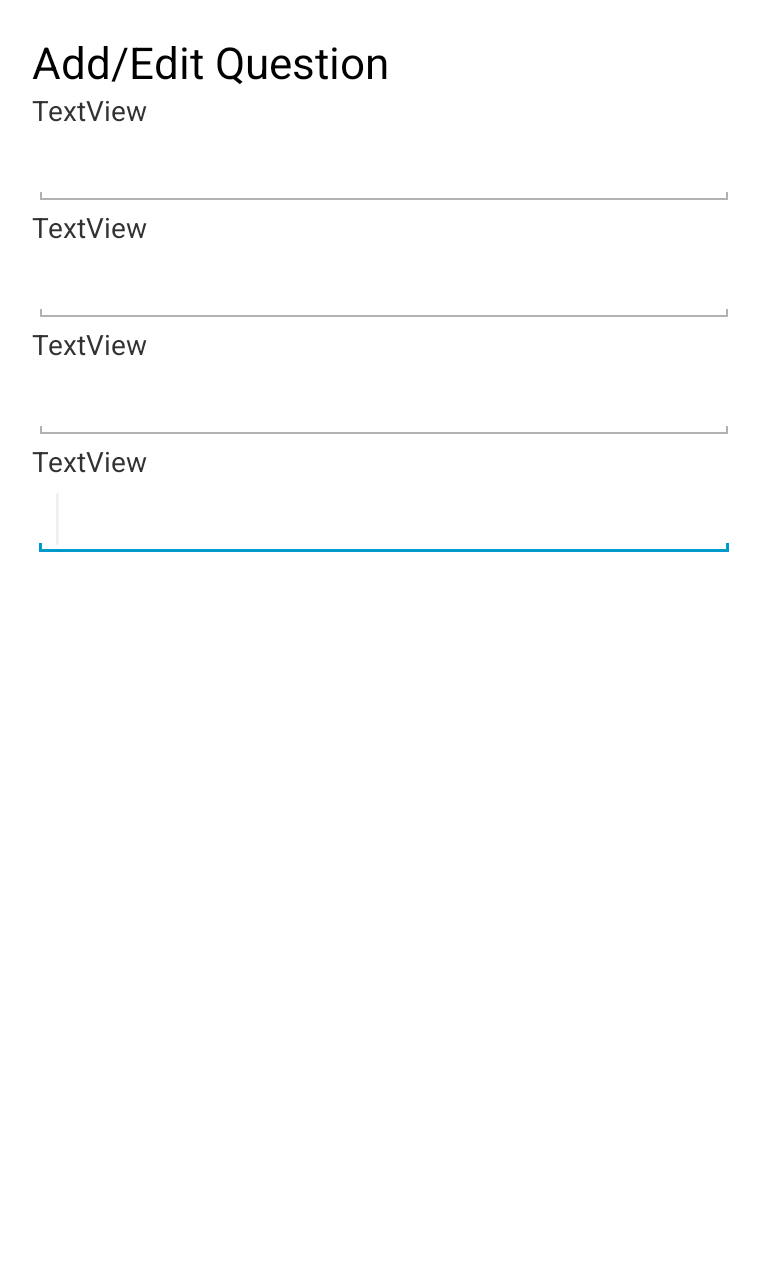
Repository: Sharkeysps/AndroidProjects
Layout: AndroidQuiz/Quiz/res/layout/activity_edit_question.xml
An editor plug-in stored every save of this project. The layout is shown before and after the next save, followed by the edit.
It is drawn on a 768 x 1280 px phone screen (xhdpi) without system bars, with theme AppTheme; the app's code is not run.

Above is the layout before, as saved 2014-01-31 23:19:51.

### AndroidQuiz/Quiz/res/layout/activity_edit_question.xml
<LinearLayout xmlns:android="http://schemas.android.com/apk/res/android"
    xmlns:tools="http://schemas.android.com/tools"
    android:layout_width="match_parent"
    android:layout_height="match_parent"
    android:paddingBottom="@dimen/activity_vertical_margin"
    android:paddingLeft="@dimen/activity_horizontal_margin"
    android:paddingRight="@dimen/activity_horizontal_margin"
    android:paddingTop="@dimen/activity_vertical_margin"
    tools:context=".EditQuestion" >

    <LinearLayout
        android:layout_width="wrap_content"
        android:layout_height="match_parent"
        android:layout_weight="0.90"
        android:orientation="vertical" >

        <TextView
            android:id="@+id/textView1"
            android:layout_width="wrap_content"
            android:layout_height="wrap_content"
            android:text="Add/Edit Question"
            android:textAppearance="?android:attr/textAppearanceLarge" />

        <TextView
            android:id="@+id/textView2"
            android:layout_width="wrap_content"
            android:layout_height="wrap_content"
            android:text="TextView" />

        <EditText
            android:id="@+id/editText1"
            android:layout_width="match_parent"
            android:layout_height="wrap_content"
            android:ems="10" >

            <requestFocus />
        </EditText>


        <TextView
            android:id="@+id/textView2"
            android:layout_width="wrap_content"
            android:layout_height="wrap_content"
            android:text="TextView" />

        <EditText
            android:id="@+id/editText1"
            android:layout_width="match_parent"
            android:layout_height="wrap_content"
            android:ems="10" >

            <requestFocus />
        </EditText>


        <TextView
            android:id="@+id/textView2"
            android:layout_width="wrap_content"
            android:layout_height="wrap_content"
            android:text="TextView" />

        <EditText
            android:id="@+id/editText1"
            android:layout_width="match_parent"
            android:layout_height="wrap_content"
            android:ems="10" >

            <requestFocus />
        </EditText>


        <TextView
            android:id="@+id/textView2"
            android:layout_width="wrap_content"
            android:layout_height="wrap_content"
            android:text="TextView" />

        <EditText
            android:id="@+id/editText1"
            android:layout_width="match_parent"
            android:layout_height="wrap_content"
            android:ems="10" >

            <requestFocus />
        </EditText>

    </LinearLayout>

</LinearLayout>

Loaded but not shown: AndroidQuiz/Quiz/res/values/styles.xml (common file); AndroidQuiz/Quiz/res/values-v11/styles.xml (common file); AndroidQuiz/Quiz/res/values-v14/styles.xml (common file); AndroidQuiz/Quiz/res/values/dimens.xml (common file)

After the next save:
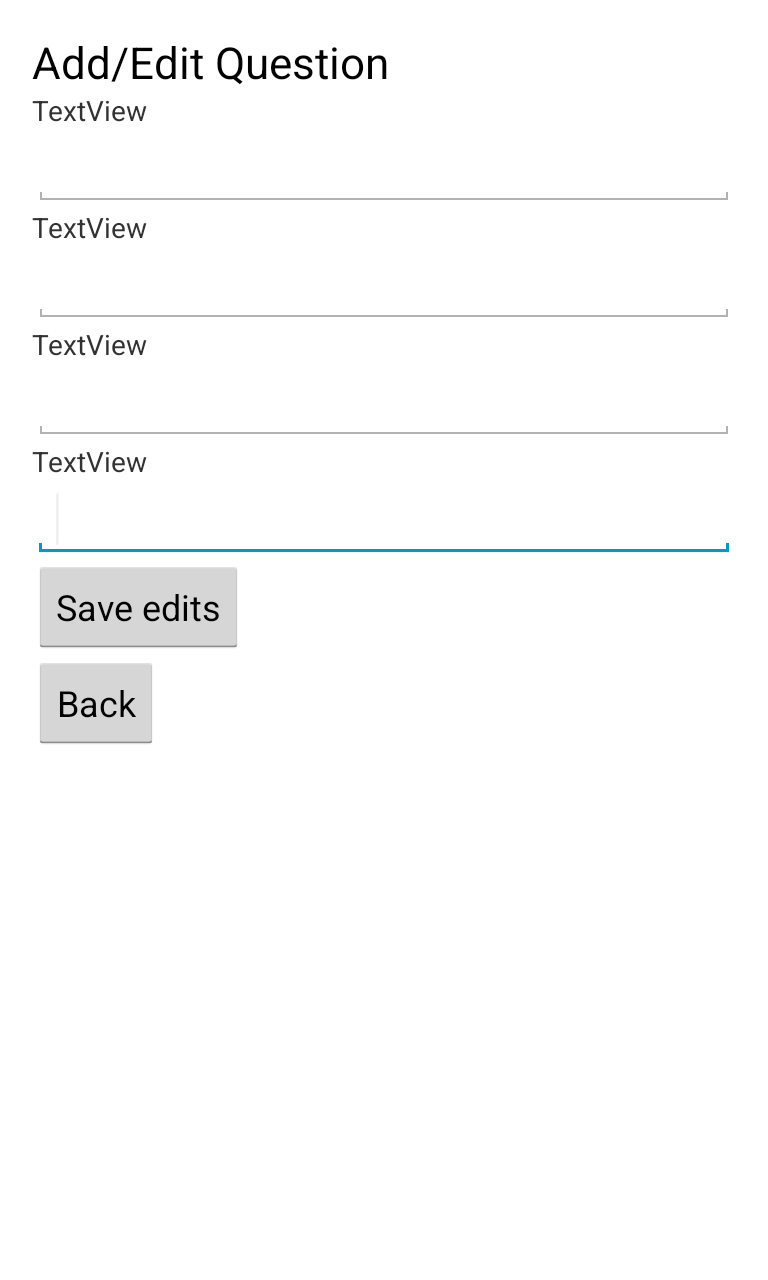
Saved 33 s later.
--- a/AndroidQuiz/Quiz/res/layout/activity_edit_question.xml
+++ b/AndroidQuiz/Quiz/res/layout/activity_edit_question.xml
@@ -84,6 +84,18 @@
             <requestFocus />
         </EditText>
 
+        <Button
+            android:id="@+id/button1"
+            android:layout_width="wrap_content"
+            android:layout_height="wrap_content"
+            android:text="Save edits" />
+
+        <Button
+            android:id="@+id/button2"
+            android:layout_width="wrap_content"
+            android:layout_height="wrap_content"
+            android:text="Back" />
+
     </LinearLayout>
 
 </LinearLayout>
